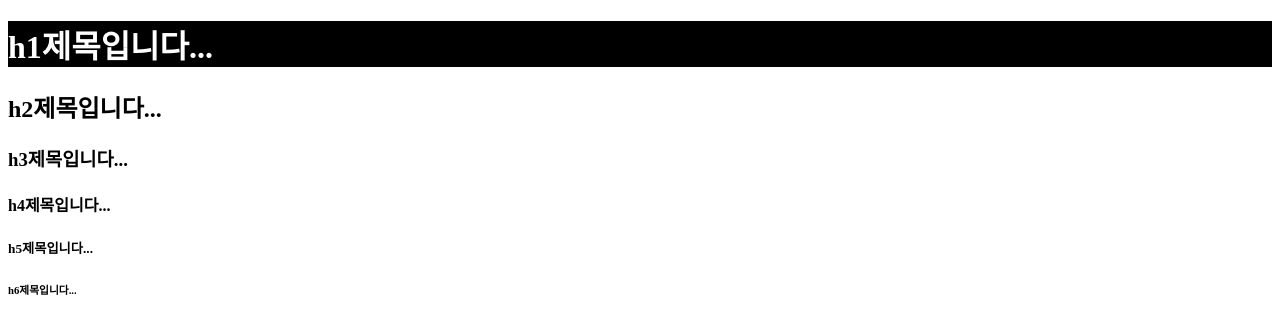
Repository: blinggg/html_git
Page: 0406/ex0406/WebContent/ex01.html
The author's editor kept a copy of each file at every save. The page is drawn from the files as they stood at one save, then again after the next save.
The browser window is 1280 px wide. The pictures show the whole page.

Above is the page before, as saved 2020-04-06 00:38:26.

After the next save:
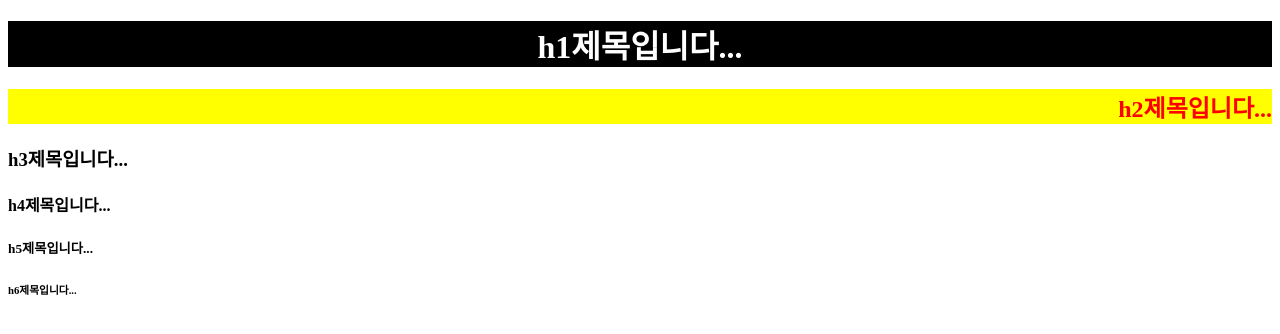
Saved 64 s later.
--- a/0406/ex0406/WebContent/ex01.html
+++ b/0406/ex0406/WebContent/ex01.html
@@ -5,7 +5,10 @@
 	<title>연습1</title>
 	<style>
 	h1{color:white;
-	background:black;text:align:center;}
+	background:black;text-align:center;}
+
+	h2{color:red;
+	background:yellow;text-align:right;}
 
 	</style>
 </head>
